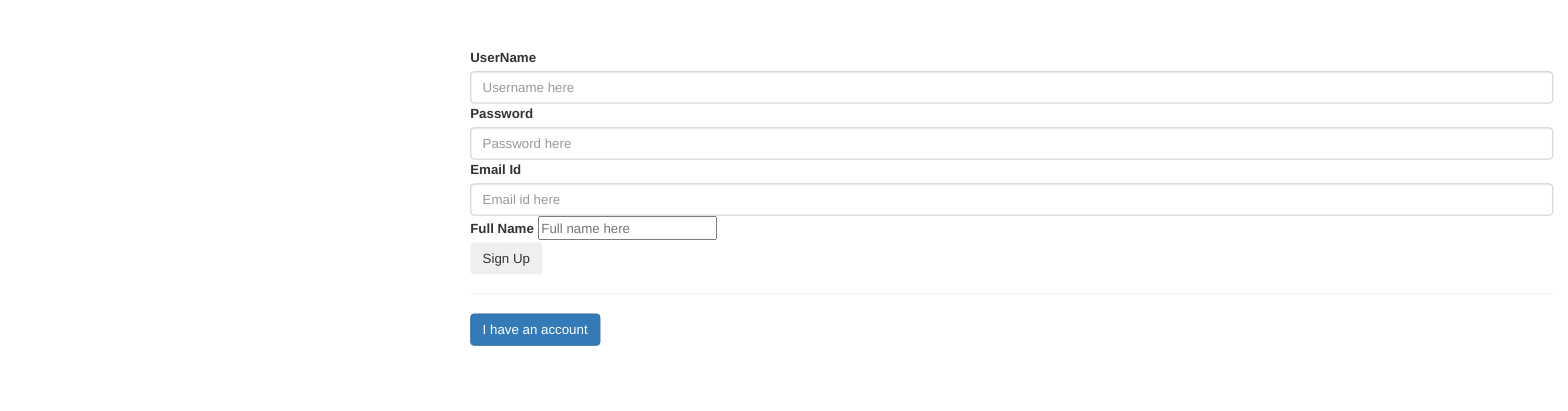
Repository: hamshini/demopro
Page: wippro/Application/WebContent/signup.html
These files come from the project's save history. The page is drawn as it stood at one moment and after the next save; the edit follows.
The browser window is 1280 px wide. The page is 1650 px wide, then 1280 px, so the pictures cover 1650 px, including what lies to the right of the window. The pictures show the whole page, at 95% of full size.

Above is the page before, as saved 2018-01-10 04:27:00.

After the next save:
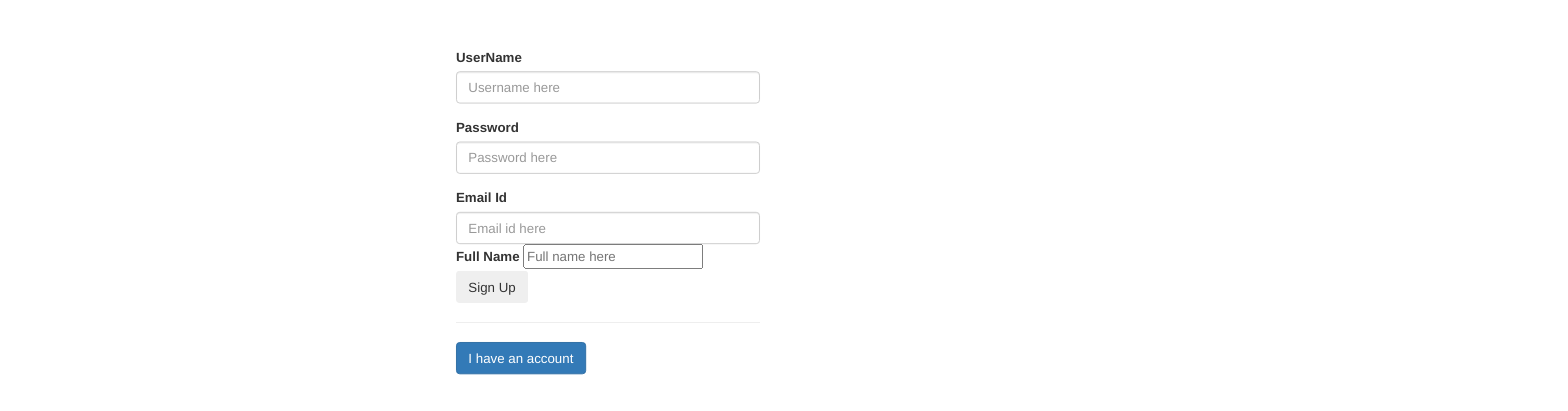
Saved 52 s later.
--- a/wippro/Application/WebContent/signup.html
+++ b/wippro/Application/WebContent/signup.html
@@ -8,13 +8,14 @@
 <body>
 <div style="width: 320px; margin:50px auto;">
 <form class="form-group" action="SigninValidate" method="post">
-  <div class="container">
   <div class="form-group">
-<label><b>UserName</b></label>
-    <input type="text" placeholder="Username here"  class="form-control" name="usr" required>
-
-    <label><b>Password</b></label>
-    <input type="password" placeholder="Password here"  class="form-control" name="psw" required>
+<label for="authid">UserName</label>
+<input type="text" class="form-control" name="user" id="authid" placeholder="Username here" />
+</div>
+<div class="form-group">
+<label for="authpass">Password</label>
+<input type="password" id="authpass" name="pass" class="form-control" placeholder="Password here" />
+</div>
 
     <label><b>Email Id</b></label>
     <input type="text" placeholder="Email id here"  class="form-control" name="email" required>
